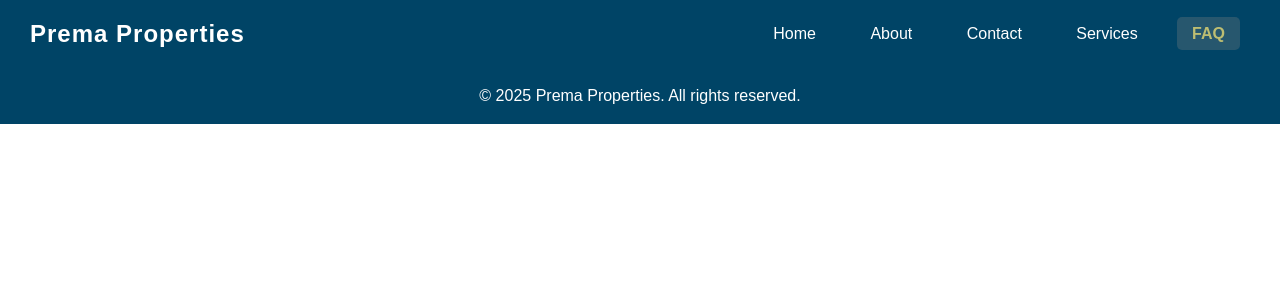
Repository: mnqobiMenzi/Prema-Properties
Page: FAQ.html
These files come from the project's save history. The page is drawn as it stood at one moment and after the next save; the edit follows.
The browser window is 1280 px wide. The pictures show the whole page.

Above is the page before, as saved 2025-10-04 09:07:55.

After the next save:
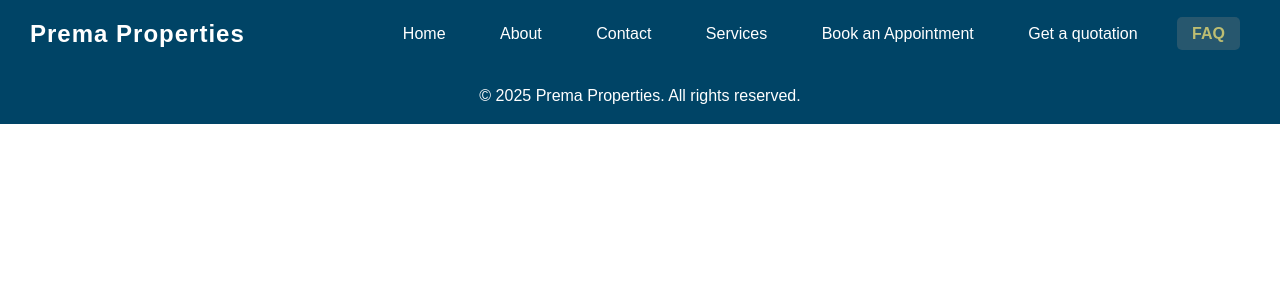
Saved 10 s later.
--- a/FAQ.html
+++ b/FAQ.html
@@ -16,6 +16,8 @@
       <a href="about-us.html">About</a>
       <a href="contact-us.html">Contact</a>
       <a href="services.html">Services</a>
+      <a href="appointment.html">Book an Appointment</a>
+      <a href="quote.html">Get a quotation</a>
       <a href="#FAQ" class="active">FAQ</a>
     </nav>
   </header>
